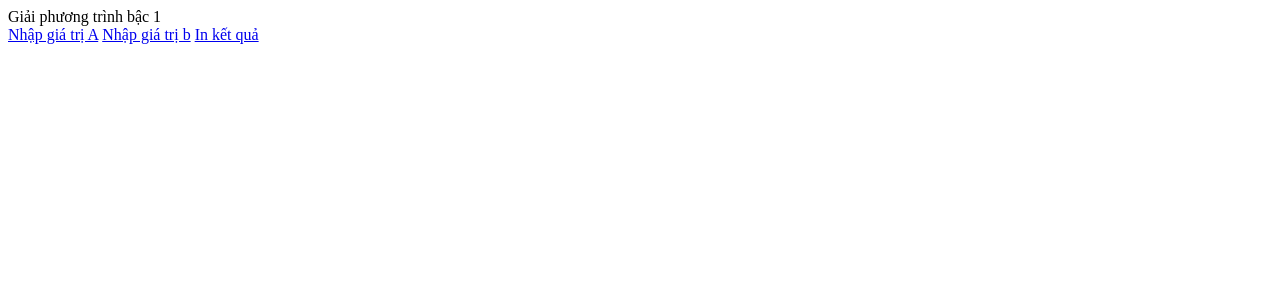
Repository: AnhDuc0125/HTML-Aptech
Page: bt2018/index.html
These files come from the project's save history. The page is drawn as it stood at one moment and after the next save; the edit follows.
The browser window is 1280 px wide. The pictures show the whole page.

Above is the page before, as saved 2021-11-26 21:31:15.

After the next save:
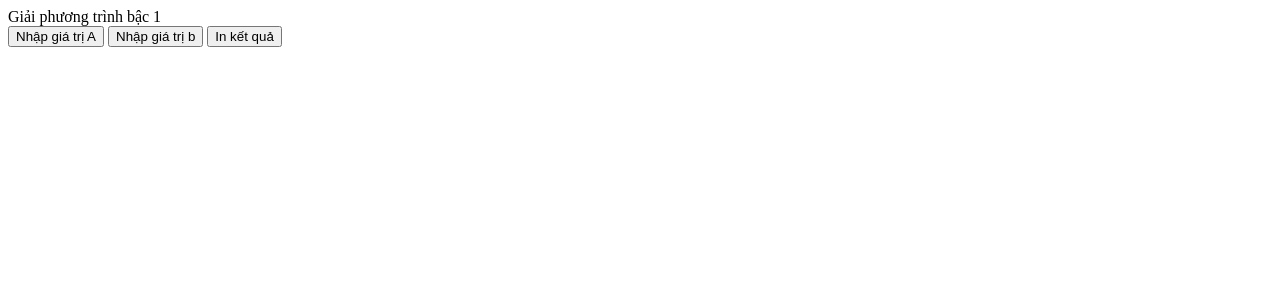
Saved 40 s later.
--- a/bt2018/index.html
+++ b/bt2018/index.html
@@ -11,9 +11,9 @@
         Giải phương trình bậc 1
     </div>
     <div class="boxed">
-        <a href="#" onclick="value_a()">Nhập giá trị A</a>
-        <a href="#" onclick="value_b()">Nhập giá trị b</a>
-        <a href="#" onclick="print()">In kết quả</a>
+        <button onclick="value_a()">Nhập giá trị A</button>
+        <button onclick="value_b()">Nhập giá trị b</button>
+        <button onclick="print()">In kết quả</button>
     </div>
     <script>
         function value_a(){
